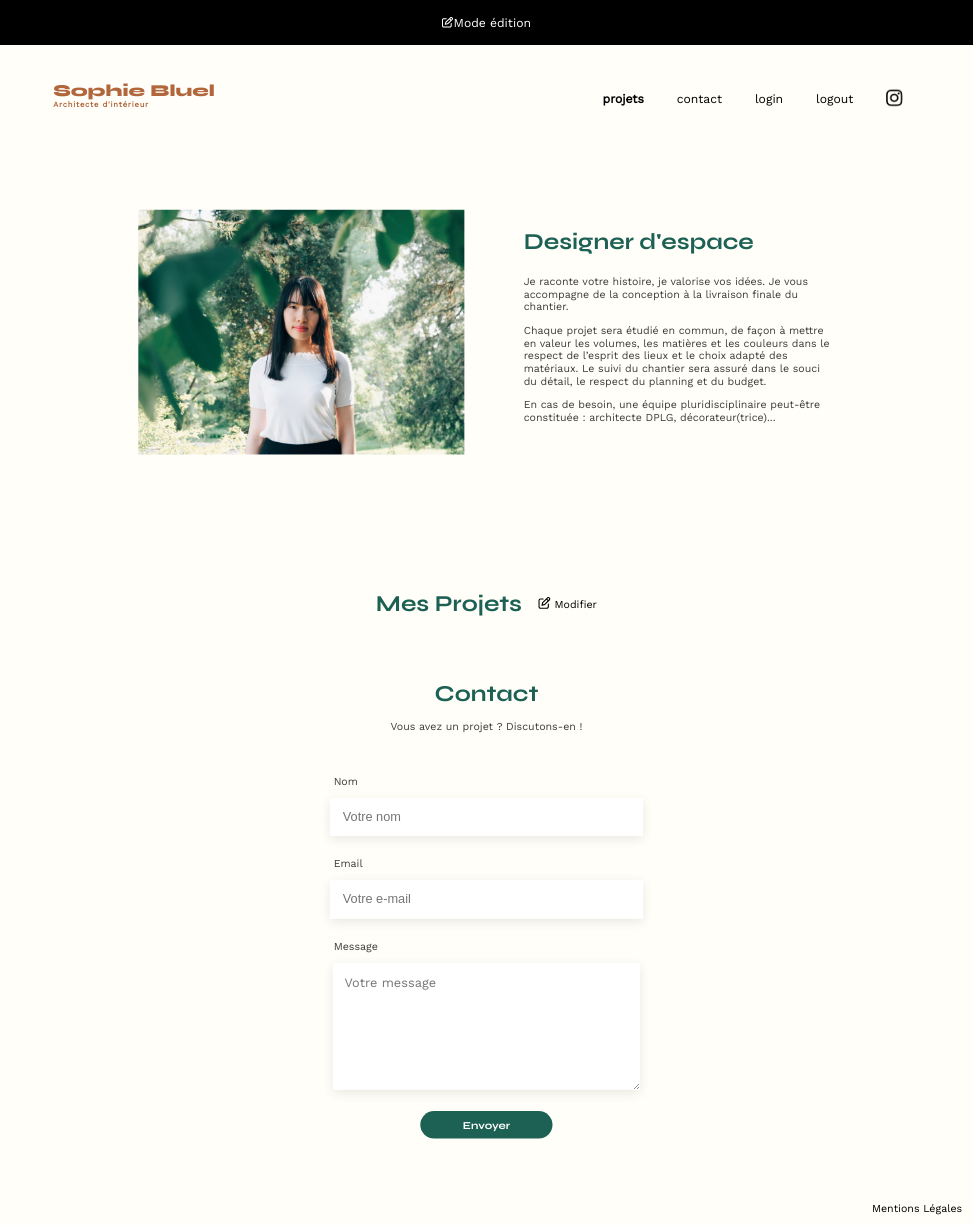
Repository: BlueSoley23/openclassrooms
Page: FrontEnd/index.html
The author's editor kept a copy of each file at every save. The page is drawn from the files as they stood at one save, then again after the next save.
The browser window is 1280 px wide. The pictures show the whole page, at 76% of full size.
The page's requests for data from a server got no answer.

Above is the page before, as saved 2023-12-21 07:01:57.
Console error: TypeError: categories is not iterable

After the next save:
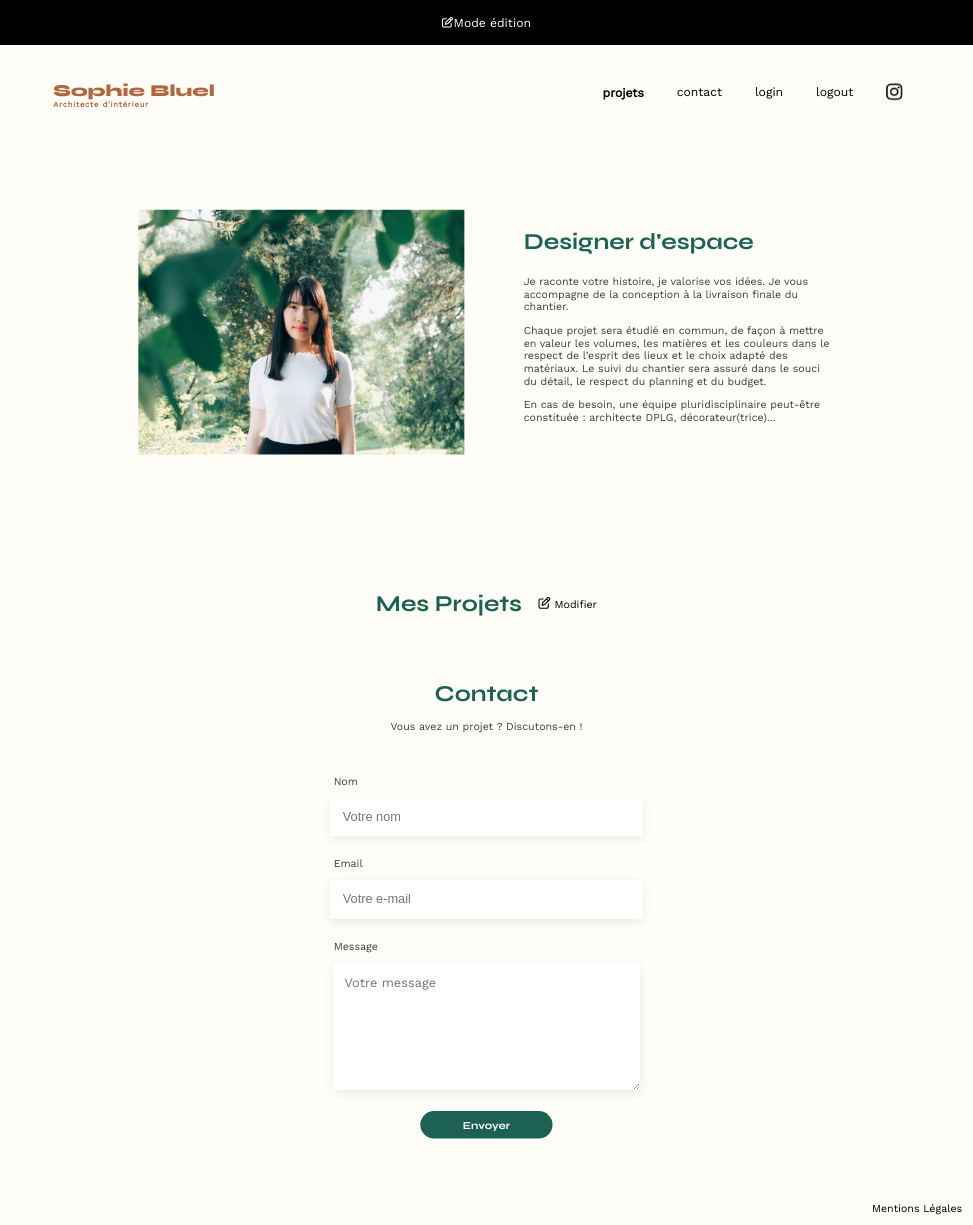
Saved 10 s later.
--- a/FrontEnd/assets/css/style.css
+++ b/FrontEnd/assets/css/style.css
@@ -567,10 +567,11 @@
 	}
 
 	.header-block {
-		margin-top: 59px;
+		margin-top: 59px;.modifier-link__content {
 			display: flex;
 			justify-content: flex-end;
 			align-items: flex-end;
+		}
 		display: flex;
 		justify-content: space-between;
 	  }
